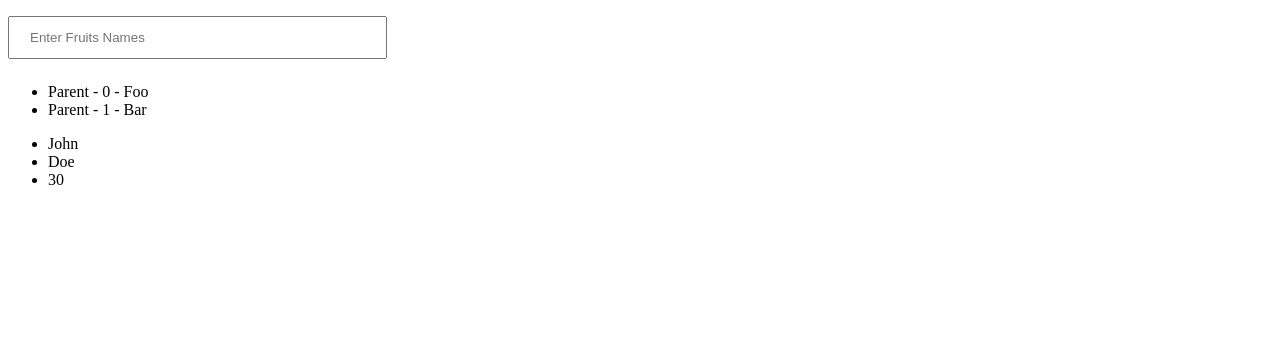
Repository: MeghaNagari/PracticeAtVMC
Page: Practice/VuePractice/WebContent/ListRendering.html
These files come from the project's save history. The page is drawn as it stood at one moment and after the next save; the edit follows.
The browser window is 1280 px wide. The pictures show the whole page.
Some web libraries are served in a nearby version.

Above is the page before, as saved 2018-03-20 05:08:03.

After the next save:
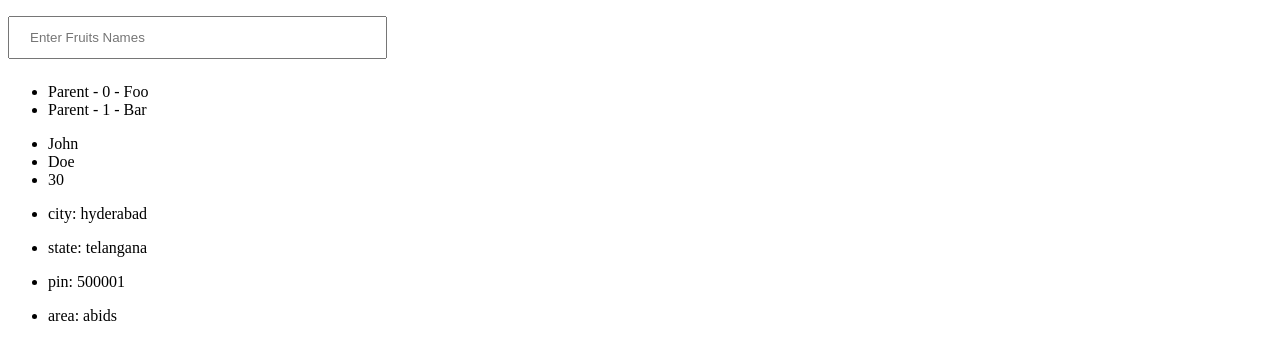
Saved 4 min 26 s later.
--- a/Practice/VuePractice/WebContent/ListRendering.html
+++ b/Practice/VuePractice/WebContent/ListRendering.html
@@ -48,9 +48,9 @@
 
       <div id="test4">
 
-      <div v-for="(value, key) in address" :key:value.id>
-      <ol>
-  <li>{{ value.id }}: {{ value }}</li></ol>
+      <div v-for="(value, key) in address">
+      <ul>
+  <li>{{ key }}: {{ value }}</li></ul>
 </div>
 
       </div>
